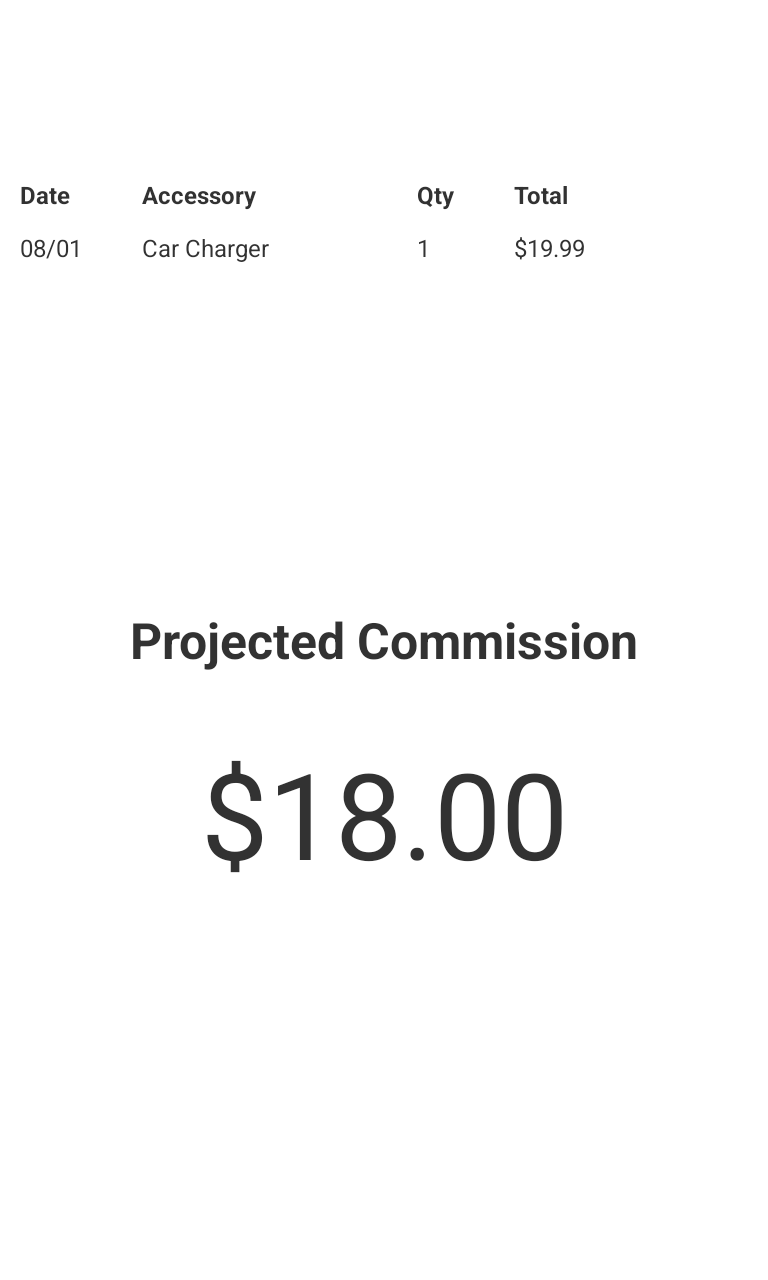
Repository: jemcphe/XCell
Layout: XCell/res/layout/data_accessory.xml
The author's editor kept a copy of each file at every save. The layout is drawn from the files as they stood at one save, then again after the next save.
It is drawn on a 768 x 1280 px phone screen (xhdpi) without system bars, with theme Theme.Xcell; the app's code is not run.

Above is the layout before, as saved 2013-08-17 01:05:20.

### XCell/res/layout/data_accessory.xml
<?xml version="1.0" encoding="utf-8"?>
<RelativeLayout xmlns:android="http://schemas.android.com/apk/res/android"
    android:layout_width="match_parent"
    android:layout_height="match_parent" >

    <ScrollView
        android:id="@+id/scrollView1"
        android:layout_width="match_parent"
        android:layout_height="wrap_content"
        android:layout_alignParentLeft="true"
        android:layout_alignParentTop="true"
        android:layout_marginTop="57dp" >

        <LinearLayout
            android:layout_width="match_parent"
            android:layout_height="match_parent"
            android:orientation="vertical" >

            <GridLayout
                android:layout_width="match_parent"
                android:layout_height="wrap_content"
                android:layout_alignParentTop="true"
                android:layout_centerHorizontal="true"
                android:layout_marginLeft="10dp"
                android:layout_marginRight="10dp"
                android:layout_marginTop="32dp"
                android:columnCount="4" >
		<!-- ************************ Header Row ************************ -->
                <TextView
                    android:layout_width="wrap_content"
                    android:layout_height="wrap_content"
                    android:paddingBottom="10dp"
                    android:paddingRight="30dp"
                    android:text="Date"
                    android:textSize="12sp"
                    android:textStyle="bold" />

                <TextView
                    android:layout_width="wrap_content"
                    android:layout_height="wrap_content"
                    android:paddingBottom="10dp"
                    android:paddingRight="80dp"
                    android:text="Accessory"
                    android:textSize="12sp"
                    android:textStyle="bold" />

                <TextView
                    android:layout_width="wrap_content"
                    android:layout_height="wrap_content"
                    android:paddingBottom="10dp"
                    android:paddingRight="30dp"
                    android:text="Qty"
                    android:textSize="12sp"
                    android:textStyle="bold" />

                <TextView
                    android:layout_width="wrap_content"
                    android:layout_height="wrap_content"
                    android:paddingBottom="10dp"
                    android:text="Total"
                    android:textSize="12sp"
                    android:textStyle="bold" />

         <!-- *********************** Dummy Accessories ********************** -->

         		<TextView
                    android:layout_width="wrap_content"
                    android:layout_height="wrap_content"
                    android:paddingBottom="10dp"
                    android:paddingRight="30dp"
                    android:text="08/01"
                    android:textSize="12sp" />

                <TextView
                    android:layout_width="wrap_content"
                    android:layout_height="wrap_content"
                    android:paddingBottom="5dp"
                    android:text="Car Charger"
                    android:textSize="12sp" />

                <TextView
                    android:layout_width="wrap_content"
                    android:layout_height="wrap_content"
                    android:paddingBottom="10dp"
                    android:paddingRight="30dp"
                    android:text="1"
                    android:textSize="12sp" />

                <TextView
                    android:layout_width="wrap_content"
                    android:layout_height="wrap_content"
                    android:paddingBottom="10dp"
                    android:text="$19.99"
                    android:textSize="12sp" />

            </GridLayout>
        </LinearLayout>
    </ScrollView>

    <LinearLayout
        android:id="@+id/data_accessoryProjectedLayout"
        android:layout_width="match_parent"
        android:layout_height="wrap_content"
        android:layout_below="@+id/scrollView1"
        android:layout_centerHorizontal="true"
        android:layout_marginTop="116dp"
        android:orientation="vertical" >

        <TextView
        android:id="@+id/data_accessoryCommissionLabel"
        android:layout_width="match_parent"
        android:layout_height="wrap_content"
        android:layout_centerHorizontal="true"
        android:gravity="center"
        android:layout_marginTop="45dp"
        android:textSize="25sp"
        android:textStyle="bold"
        android:text="Projected Commission" />

        <TextView
            android:id="@+id/data_accessoryCommissionValue"
            android:layout_width="match_parent"
            android:layout_height="wrap_content"
            android:layout_marginTop="30dp"
            android:gravity="center"
            android:text="$18.00"
            android:textSize="60sp" />

    </LinearLayout>

</RelativeLayout>

### XCell/res/values/styles_xcell.xml
<?xml version="1.0" encoding="utf-8"?>

<resources>

    <style name="Theme.Xcell" parent="@android:style/Theme.Holo.Light">
        <item name="android:actionBarItemBackground">@drawable/selectable_background_xcell</item>
        <item name="android:popupMenuStyle">@style/PopupMenu.Xcell</item>
        <item name="android:dropDownListViewStyle">@style/DropDownListView.Xcell</item>
        <item name="android:actionBarTabStyle">@style/ActionBarTabStyle.Xcell</item>
        <item name="android:actionDropDownStyle">@style/DropDownNav.Xcell</item>
        <item name="android:actionBarStyle">@style/ActionBar.Solid.Xcell</item>
        <item name="android:actionModeBackground">@drawable/cab_background_top_xcell</item>
        <item name="android:actionModeSplitBackground">@drawable/cab_background_bottom_xcell</item>
        <item name="android:actionModeCloseButtonStyle">@style/ActionButton.CloseMode.Xcell</item>


    </style>

    <style name="ActionBar.Solid.Xcell" parent="@android:style/Widget.Holo.Light.ActionBar.Solid">
        <item name="android:background">@drawable/ab_background_textured_xcell</item>
        <item name="android:backgroundStacked">@drawable/ab_stacked_solid_xcell</item>
        <item name="android:backgroundSplit">@drawable/ab_background_textured_xcell</item>
        <item name="android:progressBarStyle">@style/ProgressBar.Xcell</item>
    </style>

    <style name="ActionBar.Transparent.Xcell" parent="@android:style/Widget.Holo.Light.ActionBar">
        <item name="android:background">@drawable/ab_transparent_xcell</item>
        <item name="android:progressBarStyle">@style/ProgressBar.Xcell</item>
    </style>

    <style name="PopupMenu.Xcell" parent="@android:style/Widget.Holo.Light.ListPopupWindow">
        <item name="android:popupBackground">@drawable/menu_dropdown_panel_xcell</item>
    </style>

    <style name="DropDownListView.Xcell" parent="@android:style/Widget.Holo.Light.ListView.DropDown">
        <item name="android:listSelector">@drawable/selectable_background_xcell</item>
    </style>

    <style name="ActionBarTabStyle.Xcell" parent="@android:style/Widget.Holo.Light.ActionBar.TabView">
        <item name="android:background">@drawable/tab_indicator_ab_xcell</item>
    </style>

    <style name="DropDownNav.Xcell" parent="@android:style/Widget.Holo.Light.Spinner">
        <item name="android:background">@drawable/spinner_background_ab_xcell</item>
        <item name="android:popupBackground">@drawable/menu_dropdown_panel_xcell</item>
        <item name="android:dropDownSelector">@drawable/selectable_background_xcell</item>
    </style>

    <style name="ProgressBar.Xcell" parent="@android:style/Widget.Holo.Light.ProgressBar.Horizontal">
        <item name="android:progressDrawable">@drawable/progress_horizontal_xcell</item>
    </style>

    <style name="ActionButton.CloseMode.Xcell" parent="@android:style/Widget.Holo.Light.ActionButton.CloseMode">
        <item name="android:background">@drawable/btn_cab_done_xcell</item>
    </style>

    <!-- this style is only referenced in a Light.DarkActionBar based theme -->
    <style name="Theme.Xcell.Widget" parent="@android:style/Theme.Holo">
        <item name="android:popupMenuStyle">@style/PopupMenu.Xcell</item>
        <item name="android:dropDownListViewStyle">@style/DropDownListView.Xcell</item>
    </style>

</resources>

### XCell/res/drawable/selectable_background_xcell.xml
<?xml version="1.0" encoding="utf-8"?>
<!-- File created by the Android Action Bar Style Generator

     Copyright (C) 2011 The Android Open Source Project
     Copyright (C) 2012 readyState Software Ltd

     Licensed under the Apache License, Version 2.0 (the "License");
     you may not use this file except in compliance with the License.
     You may obtain a copy of the License at

          http://www.apache.org/licenses/LICENSE-2.0

     Unless required by applicable law or agreed to in writing, software
     distributed under the License is distributed on an "AS IS" BASIS,
     WITHOUT WARRANTIES OR CONDITIONS OF ANY KIND, either express or implied.
     See the License for the specific language governing permissions and
     limitations under the License.
-->

<selector xmlns:android="http://schemas.android.com/apk/res/android"
        android:exitFadeDuration="@android:integer/config_mediumAnimTime" >
    <item android:state_pressed="false" android:state_focused="true" android:drawable="@drawable/list_focused_xcell" />
    <item android:state_pressed="true" android:drawable="@drawable/pressed_background_xcell" />
    <item android:drawable="@android:color/transparent" />
</selector>

### XCell/res/drawable/btn_cab_done_xcell.xml
<?xml version="1.0" encoding="utf-8"?>
<!-- File created by the Android Action Bar Style Generator

     Copyright (C) 2011 The Android Open Source Project
     Copyright (C) 2012 readyState Software Ltd

     Licensed under the Apache License, Version 2.0 (the "License");
     you may not use this file except in compliance with the License.
     You may obtain a copy of the License at

          http://www.apache.org/licenses/LICENSE-2.0

     Unless required by applicable law or agreed to in writing, software
     distributed under the License is distributed on an "AS IS" BASIS,
     WITHOUT WARRANTIES OR CONDITIONS OF ANY KIND, either express or implied.
     See the License for the specific language governing permissions and
     limitations under the License.
-->

<selector xmlns:android="http://schemas.android.com/apk/res/android">
    <item android:state_pressed="true"
        android:drawable="@drawable/btn_cab_done_pressed_xcell" />
    <item android:state_focused="true" android:state_enabled="true"
        android:drawable="@drawable/btn_cab_done_focused_xcell" />
    <item android:state_enabled="true"
        android:drawable="@drawable/btn_cab_done_default_xcell" />
</selector>

### XCell/res/drawable/ab_background_textured_xcell.xml
<?xml version="1.0" encoding="utf-8"?>
<!-- File created by the Android Action Bar Style Generator

     Copyright (C) 2012 readyState Software Ltd

     Licensed under the Apache License, Version 2.0 (the "License");
     you may not use this file except in compliance with the License.
     You may obtain a copy of the License at

          http://www.apache.org/licenses/LICENSE-2.0

     Unless required by applicable law or agreed to in writing, software
     distributed under the License is distributed on an "AS IS" BASIS,
     WITHOUT WARRANTIES OR CONDITIONS OF ANY KIND, either express or implied.
     See the License for the specific language governing permissions and
     limitations under the License.
-->

<bitmap xmlns:android="http://schemas.android.com/apk/res/android"
    android:src="@drawable/ab_texture_tile_xcell"
    android:tileMode="repeat" />

### XCell/res/drawable/progress_horizontal_xcell.xml
<?xml version="1.0" encoding="utf-8"?>
<!-- File created by the Android Action Bar Style Generator

     Copyright (C) 2011 The Android Open Source Project
     Copyright (C) 2012 readyState Software Ltd

     Licensed under the Apache License, Version 2.0 (the "License");
     you may not use this file except in compliance with the License.
     You may obtain a copy of the License at

          http://www.apache.org/licenses/LICENSE-2.0

     Unless required by applicable law or agreed to in writing, software
     distributed under the License is distributed on an "AS IS" BASIS,
     WITHOUT WARRANTIES OR CONDITIONS OF ANY KIND, either express or implied.
     See the License for the specific language governing permissions and
     limitations under the License.
-->

<layer-list xmlns:android="http://schemas.android.com/apk/res/android">

    <item android:id="@android:id/background"
          android:drawable="@drawable/progress_bg_xcell" />

    <item android:id="@android:id/secondaryProgress">
        <scale android:scaleWidth="100%"
               android:drawable="@drawable/progress_secondary_xcell" />
    </item>

    <item android:id="@android:id/progress">
        <scale android:scaleWidth="100%"
               android:drawable="@drawable/progress_primary_xcell" />
    </item>

</layer-list>

### XCell/res/drawable/spinner_background_ab_xcell.xml
<?xml version="1.0" encoding="utf-8"?>
<!-- File created by the Android Action Bar Style Generator

     Copyright (C) 2011 The Android Open Source Project
     Copyright (C) 2012 readyState Software Ltd

     Licensed under the Apache License, Version 2.0 (the "License");
     you may not use this file except in compliance with the License.
     You may obtain a copy of the License at

          http://www.apache.org/licenses/LICENSE-2.0

     Unless required by applicable law or agreed to in writing, software
     distributed under the License is distributed on an "AS IS" BASIS,
     WITHOUT WARRANTIES OR CONDITIONS OF ANY KIND, either express or implied.
     See the License for the specific language governing permissions and
     limitations under the License.
-->

<selector xmlns:android="http://schemas.android.com/apk/res/android">
    <item android:state_enabled="false"
        android:drawable="@drawable/spinner_ab_disabled_xcell" />
    <item android:state_pressed="true"
        android:drawable="@drawable/spinner_ab_pressed_xcell" />
    <item android:state_pressed="false" android:state_focused="true"
        android:drawable="@drawable/spinner_ab_focused_xcell" />
    <item android:drawable="@drawable/spinner_ab_default_xcell" />
</selector>

### XCell/res/drawable/tab_indicator_ab_xcell.xml
<?xml version="1.0" encoding="utf-8"?>
<!-- File created by the Android Action Bar Style Generator

     Copyright (C) 2011 The Android Open Source Project
     Copyright (C) 2012 readyState Software Ltd

     Licensed under the Apache License, Version 2.0 (the "License");
     you may not use this file except in compliance with the License.
     You may obtain a copy of the License at

          http://www.apache.org/licenses/LICENSE-2.0

     Unless required by applicable law or agreed to in writing, software
     distributed under the License is distributed on an "AS IS" BASIS,
     WITHOUT WARRANTIES OR CONDITIONS OF ANY KIND, either express or implied.
     See the License for the specific language governing permissions and
     limitations under the License.
-->

<selector xmlns:android="http://schemas.android.com/apk/res/android">
    <!-- Non focused states -->
    <item android:state_focused="false" android:state_selected="false" android:state_pressed="false" android:drawable="@android:color/transparent"/>
    <item android:state_focused="false" android:state_selected="true"  android:state_pressed="false" android:drawable="@drawable/tab_selected_xcell" />

    <!-- Focused states -->
    <item android:state_focused="true" android:state_selected="false" android:state_pressed="false" android:drawable="@drawable/tab_unselected_focused_xcell" />
    <item android:state_focused="true" android:state_selected="true"  android:state_pressed="false" android:drawable="@drawable/tab_selected_focused_xcell" />

    <!-- Pressed -->
    <!--    Non focused states -->
    <item android:state_focused="false" android:state_selected="false" android:state_pressed="true" android:drawable="@drawable/tab_unselected_pressed_xcell" />
    <item android:state_focused="false" android:state_selected="true"  android:state_pressed="true" android:drawable="@drawable/tab_selected_pressed_xcell" />

    <!--    Focused states -->
    <item android:state_focused="true" android:state_selected="false" android:state_pressed="true" android:drawable="@drawable/tab_unselected_pressed_xcell" />
    <item android:state_focused="true" android:state_selected="true"  android:state_pressed="true" android:drawable="@drawable/tab_selected_pressed_xcell" />
</selector>

### XCell/res/drawable/pressed_background_xcell.xml
<?xml version="1.0" encoding="utf-8"?>
<!-- File created by the Android Action Bar Style Generator

     Copyright (C) 2011 The Android Open Source Project
     Copyright (C) 2012 readyState Software Ltd

     Licensed under the Apache License, Version 2.0 (the "License");
     you may not use this file except in compliance with the License.
     You may obtain a copy of the License at

          http://www.apache.org/licenses/LICENSE-2.0

     Unless required by applicable law or agreed to in writing, software
     distributed under the License is distributed on an "AS IS" BASIS,
     WITHOUT WARRANTIES OR CONDITIONS OF ANY KIND, either express or implied.
     See the License for the specific language governing permissions and
     limitations under the License.
-->

<shape xmlns:android="http://schemas.android.com/apk/res/android" android:shape="rectangle">
    <solid android:color="@color/pressed_xcell" />
</shape>

### XCell/res/values/colors_xcell.xml
<?xml version="1.0" encoding="utf-8"?>
<!-- File created by the Android Action Bar Style Generator

     Copyright (C) 2011 The Android Open Source Project
     Copyright (C) 2012 readyState Software Ltd

     Licensed under the Apache License, Version 2.0 (the "License");
     you may not use this file except in compliance with the License.
     You may obtain a copy of the License at

          http://www.apache.org/licenses/LICENSE-2.0

     Unless required by applicable law or agreed to in writing, software
     distributed under the License is distributed on an "AS IS" BASIS,
     WITHOUT WARRANTIES OR CONDITIONS OF ANY KIND, either express or implied.
     See the License for the specific language governing permissions and
     limitations under the License.
-->

<resources>
    <color name="pressed_xcell">#CC33B5E5</color>
    <color name="background_xcell">#d8e8e8</color>
    <color name="xcell_blue">#12679b</color>
</resources>

After the next save:
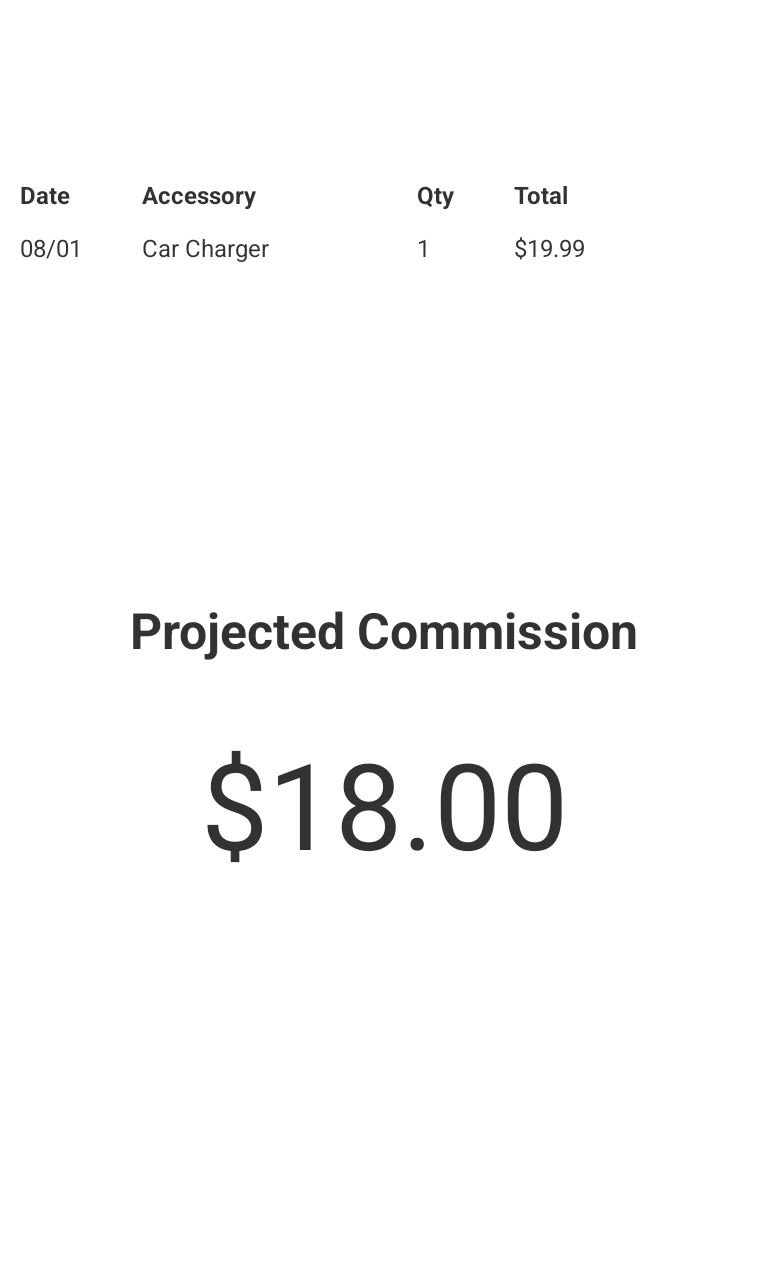
Saved 35 s later.
--- a/XCell/res/layout/data_accessory.xml
+++ b/XCell/res/layout/data_accessory.xml
@@ -66,7 +66,7 @@
          		<TextView
                     android:layout_width="wrap_content"
                     android:layout_height="wrap_content"
-                    android:paddingBottom="10dp"
+                    android:paddingBottom="5dp"
                     android:paddingRight="30dp"
                     android:text="08/01"
                     android:textSize="12sp" />
@@ -81,15 +81,14 @@
                 <TextView
                     android:layout_width="wrap_content"
                     android:layout_height="wrap_content"
-                    android:paddingBottom="10dp"
-                    android:paddingRight="30dp"
+                    android:paddingBottom="5dp"
                     android:text="1"
                     android:textSize="12sp" />
 
                 <TextView
                     android:layout_width="wrap_content"
                     android:layout_height="wrap_content"
-                    android:paddingBottom="10dp"
+                    android:paddingBottom="5dp"
                     android:text="$19.99"
                     android:textSize="12sp" />
 
